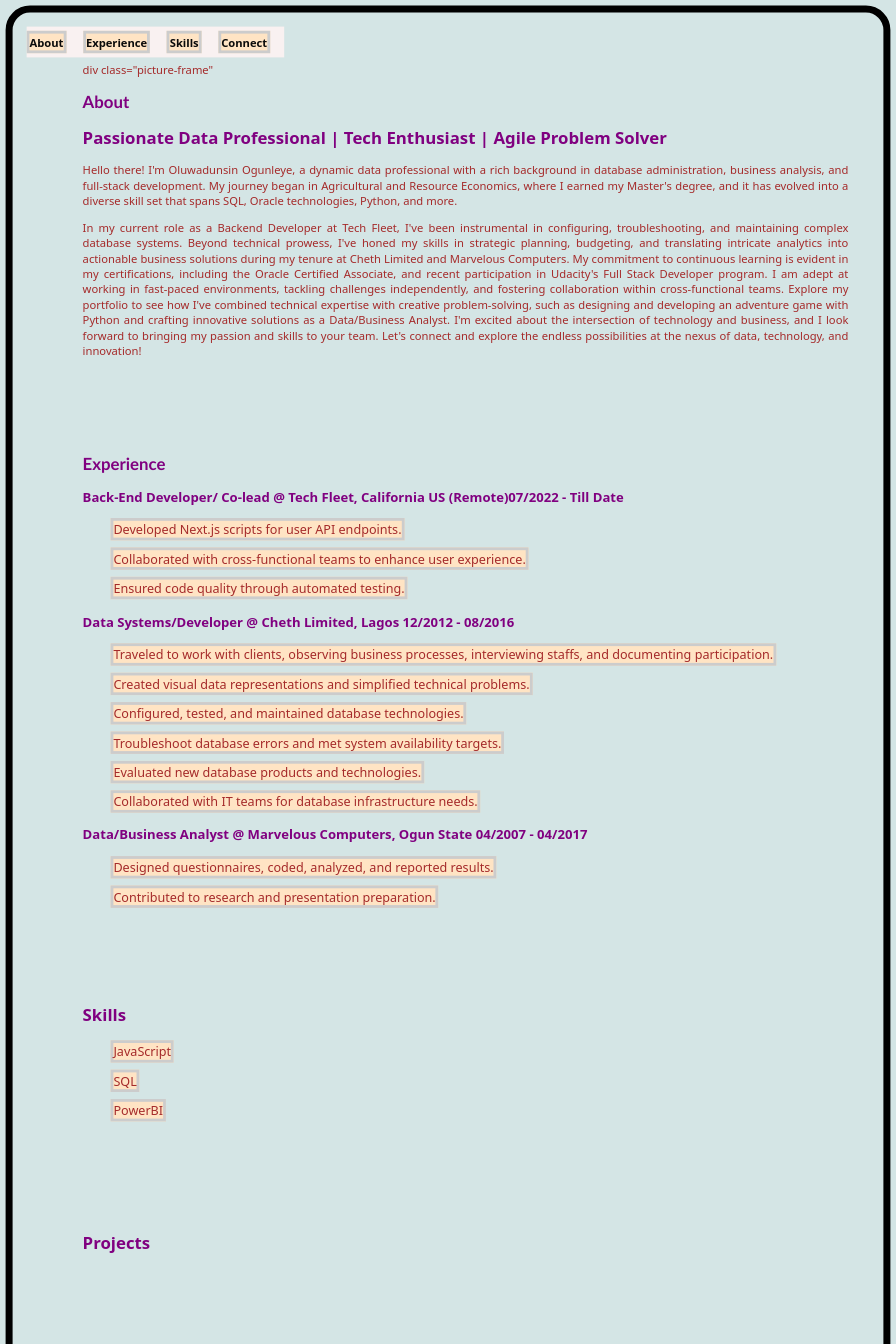
Repository: aloroduns/intro-to-programming-2023
Page: index.html
The author's editor kept a copy of each file at every save. The page is drawn from the files as they stood at one save, then again after the next save.
The browser window is 1280 px wide. The pictures show the part of the page from y = 0 to 1920 px (the page is 2732 px tall before and 2683 px after), at 70% of full size.
The page's requests for data from a server got no answer.

Above is the page before, as saved 2024-01-23 13:27:40.

After the next save:
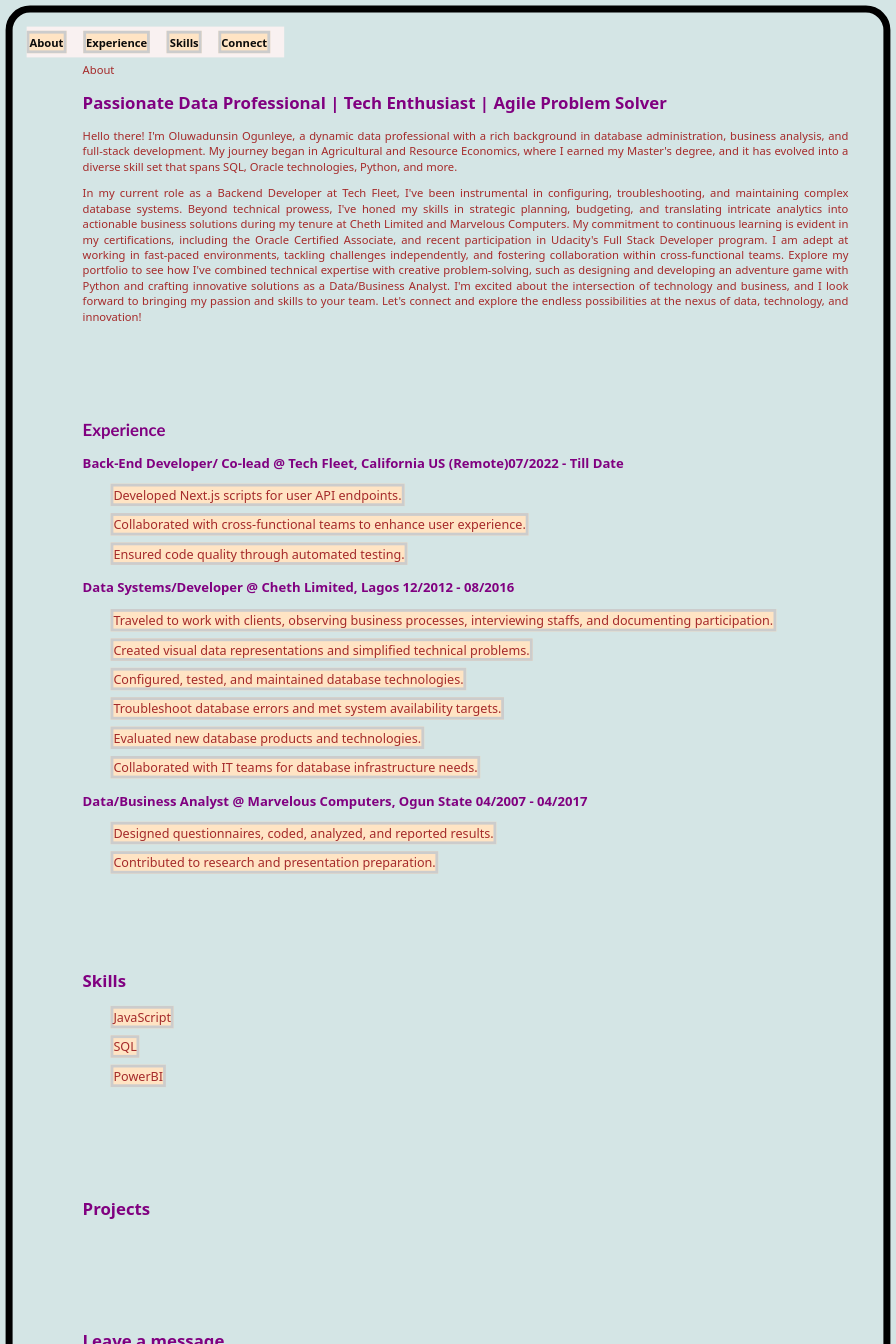
Saved 8 s later.
--- a/index.html
+++ b/index.html
@@ -21,7 +21,7 @@
             </nav>
         </header>
         <section id="about">
-        div class="picture-frame"
+        <div class="picture-frame"
         <h1>About</h1>
         <p class="text">
         <h2>Passionate Data Professional | Tech Enthusiast | Agile Problem Solver</h2>
